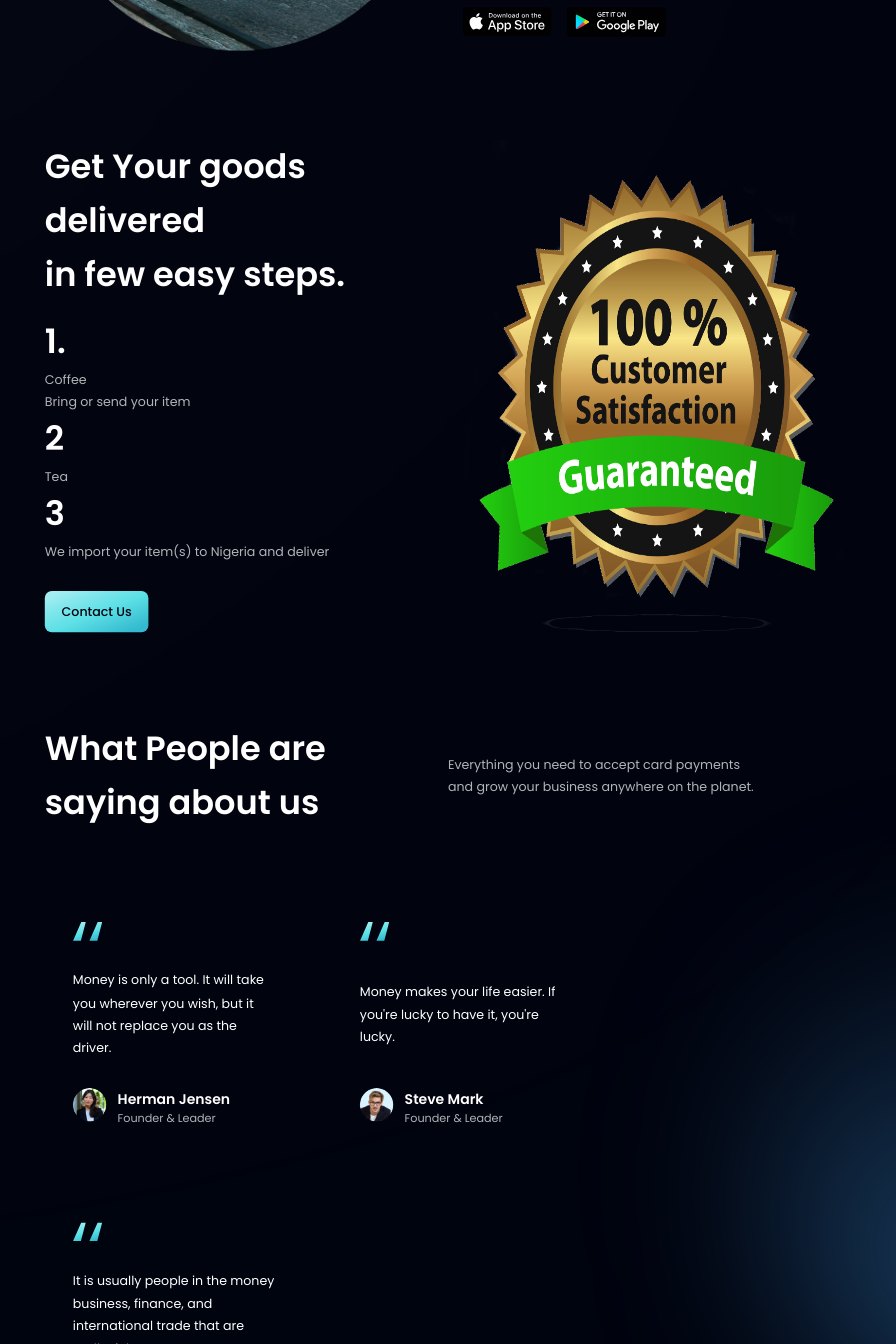
Repository: Miracleoluebube/captionlogistics
Page: /
The author's editor kept a copy of each file at every save. The page is drawn from the files as they stood at one save, then again after the next save.
The browser window is 1280 px wide. The pictures show the part of the page from y = 2476 to 4396 px (the page is 5584 px tall before and 5615 px after), at 70% of full size.
The project was rebuilt for these pictures with package versions that can differ from the ones it lists, and the page was loaded fresh each time. Also part of the build but not shown: vite.config.js.

Above is the page before, as saved 2022-10-02 17:59:17.

### src/index.css
/* :root {
  font-family: Inter, Avenir, Helvetica, Arial, sans-serif;
  font-size: 16px;
  line-height: 24px;
  font-weight: 400;

  color-scheme: light dark;
  color: rgba(255, 255, 255, 0.87);
  background-color: #242424;

  font-synthesis: none;
  text-rendering: optimizeLegibility;
  -webkit-font-smoothing: antialiased;
  -moz-osx-font-smoothing: grayscale;
  -webkit-text-size-adjust: 100%;
}

a {
  font-weight: 500;
  color: #646cff;
  text-decoration: inherit;
}
a:hover {
  color: #535bf2;
}

body {
  margin: 0;
  display: flex;
  place-items: center;
  min-width: 320px;
  min-height: 100vh;
}

h1 {
  font-size: 3.2em;
  line-height: 1.1;
}

button {
  border-radius: 8px;
  border: 1px solid transparent;
  padding: 0.6em 1.2em;
  font-size: 1em;
  font-weight: 500;
  font-family: inherit;
  background-color: #1a1a1a;
  cursor: pointer;
  transition: border-color 0.25s;
}
button:hover {
  border-color: #646cff;
}
button:focus,
button:focus-visible {
  outline: 4px auto -webkit-focus-ring-color;
}
*/

@import url("https://fonts.googleapis.com/css2?family=Poppins:wght@400;500;600;700;800;900&display=swap");

@tailwind base;
@tailwind components;
@tailwind utilities;

:root {
  --black-gradient: linear-gradient(
    144.39deg,
    #ffffff -278.56%,
    #6d6d6d -78.47%,
    #11101d 91.61%
  );
  --card-shadow: 0px 20px 100px -10px rgba(66, 71, 91, 0.1);
}

* {
  scroll-behavior: smooth;
}

.text-gradient {
  background: radial-gradient(
    64.18% 64.18% at 71.16% 35.69%,
    #def9fa 0.89%,
    #bef3f5 17.23%,
    #9dedf0 42.04%,
    #7de7eb 55.12%,
    #5ce1e6 71.54%,
    #33bbcf 100%
  );
  -webkit-background-clip: text;
  -webkit-text-fill-color: transparent;
  background-clip: text;
  text-fill-color: transparent;
}

.bg-blue-gradient {
  background: linear-gradient(
    157.81deg,
    #def9fa -43.27%,
    #bef3f5 -21.24%,
    #9dedf0 12.19%,
    #7de7eb 29.82%,
    #5ce1e6 51.94%,
    #33bbcf 90.29%
  );
}

.bg-black-gradient {
  background: linear-gradient(
    144.39deg,
    #ffffff -278.56%,
    #6d6d6d -78.47%,
    #11101d 91.61%
  );
}

.bg-black-gradient-2 {
  background: linear-gradient(
    -168.39deg,
    #ffffff -278.56%,
    #6d6d6d -78.47%,
    #11101d 91.61%
  );
}

.bg-gray-gradient {
  background: linear-gradient(
    153.47deg,
    rgba(255, 255, 255, 0) -341.94%,
    #14101d 95.11%
  );
}

.bg-discount-gradient {
  background: linear-gradient(125.17deg, #272727 0%, #11101d 100%);
}

.box-shadow {
  box-shadow: 0px 20px 100px -10px rgba(66, 71, 91, 0.1);
}

.sidebar {
  -webkit-animation: slide-top 0.5s cubic-bezier(0.25, 0.46, 0.45, 0.94) both;
  animation: slide-top 0.5s cubic-bezier(0.25, 0.46, 0.45, 0.94) both;
}

@-webkit-keyframes slide-top {
  0% {
    -webkit-transform: translateY(100px);
    transform: translateY(100px);
  }
  100% {
    -webkit-transform: translateY(0);
    transform: translateY(0);
  }
}

@keyframes slide-top {
  0% {
    -webkit-transform: translateY(100px);
    transform: translateY(100px);
  }
  100% {
    -webkit-transform: translateY(0);
    transform: translateY(0);
  }
}

.feature-card:hover {
  background: var(--black-gradient);
  box-shadow: var(--card-shadow);
}

.feedback-container .feedback-card:last-child {
  margin-right: 0px;
}

.feedback-card {
  background: transparent;
}

.feedback-card:hover {
  background: var(--black-gradient);
}

.blue__gradient {
  background: linear-gradient(180deg, rgba(188, 165, 255, 0) 0%, #214d76 100%);
  filter: blur(123px);
}

.pink__gradient {
  background: linear-gradient(90deg, #f4c4f3 0%, #fc67fa 100%);
  filter: blur(900px);
}

.white__gradient {
  background: rgba(255, 255, 255, 0.6);
  filter: blur(750px);
}


@media (prefers-color-scheme: light) {
  :root {
    color: #213547;
    background-color: #ffffff;
  }
  a:hover {
    color: #747bff;
  }
  button {
    background-color: #f9f9f9;
  }
}

### src/style.js
const styles = {
  boxWidth: "xl:max-w-[1280px] w-full",

  heading2: "font-poppins font-semibold xs:text-[48px] text-[40px] text-white xs:leading-[76.8px] leading-[66.8px] w-full",
  paragraph: "font-poppins font-normal text-dimWhite text-[18px] leading-[30.8px]",

  flexCenter: "flex justify-center items-center",
  flexStart: "flex justify-center items-start",

  paddingX: "sm:px-16 px-6",
  paddingY: "sm:py-16 py-6",
  padding: "sm:px-16 px-6 sm:py-12 py-4",

  marginX: "sm:mx-16 mx-6",
  marginY: "sm:my-16 my-6",
};

export const layout = {
  section: `flex md:flex-row flex-col ${styles.paddingY}`,
  sectionReverse: `flex md:flex-row flex-col-reverse ${styles.paddingY}`,

  sectionImgReverse: `flex-1 flex ${styles.flexCenter} md:mr-10 mr-0 md:mt-0 mt-10 relative`,
  sectionImg: `flex-1 flex ${styles.flexCenter} md:ml-10 ml-0 md:mt-0 mt-10 relative`,

  sectionInfo: `flex-1 ${styles.flexStart} flex-col`,
};

export default styles;

### src/components/Navbar.jsx
import { useState } from "react";

import { close, logo, menu } from "../assets";
import { navLinks } from "../constants";

const Navbar = () => {
  const [active, setActive] = useState("Home");
  const [toggle, setToggle] = useState(false);

  return (
    <nav className="w-full flex py-6 justify-between items-center navbar">
      <img src={logo} alt="hoobank" className="w-[124px] h-[32px]" />

      <ul className="list-none sm:flex hidden justify-end items-center flex-1">
        {navLinks.map((nav, index) => (
          <li
            key={nav.id}
            className={`font-poppins font-normal cursor-pointer text-[16px] ${
              active === nav.title ? "text-white" : "text-dimWhite"
            } ${index === navLinks.length - 1 ? "mr-0" : "mr-10"}`}
            onClick={() => setActive(nav.title)}
          >
            <a href={`#${nav.id}`}>{nav.title}</a>
          </li>
        ))}
      </ul>

      <div className="sm:hidden flex flex-1 justify-end items-center">
        <img
          src={toggle ? close : menu}
          alt="menu"
          className="w-[28px] h-[28px] object-contain"
          onClick={() => setToggle(!toggle)}
        />

        <div
          className={`${
            !toggle ? "hidden" : "flex"
          } p-6 bg-black-gradient absolute top-20 right-0 mx-4 my-2 min-w-[140px] rounded-xl sidebar`}
        >
          <ul className="list-none flex justify-end items-start flex-1 flex-col">
            {navLinks.map((nav, index) => (
              <li
                key={nav.id}
                className={`font-poppins font-medium cursor-pointer text-[16px] ${
                  active === nav.title ? "text-white" : "text-dimWhite"
                } ${index === navLinks.length - 1 ? "mb-0" : "mb-4"}`}
                onClick={() => setActive(nav.title)}
              >
                <a href={`#${nav.id}`}>{nav.title}</a>
              </li>
            ))}
          </ul>
        </div>
      </div>
    </nav>
  );
};

export default Navbar;

### src/components/Billing.jsx
import { apple, bill, google } from "../assets";
import styles, { layout } from "../style";

const Billing = () => (
  <section id="product" className={layout.sectionReverse}>
    <div className={layout.sectionImgReverse}>
      <img src={bill} alt="billing" className="w-[100%] h-[100%] relative z-[5]" />

      {/* gradient start */}
      <div className="absolute z-[3] -left-1/2 top-0 w-[50%] h-[50%] rounded-full white__gradient" />
      <div className="absolute z-[0] w-[50%] h-[50%] -left-1/2 bottom-0 rounded-full pink__gradient" />
      {/* gradient end */}
    </div>

    <div className={layout.sectionInfo}>
      <h2 className={styles.heading2}>
        Why USE US FOR YOUR  <br className="sm:block hidden" /> SHIPPING &
        FREIGHT SERVICES?

      </h2>
      <p  className={`${styles.paragraph} max-w-[470px] mt-5`}>
      <ol>
  <li>Fast and Reliable</li>
  <li>Expert in the business</li>
  <li>24/7 customer Service</li>
  <li>Expert in the business, in & out!</li>
  <li>Very competitive price for high quality service</li>
  <li>Fully licensed and insured!</li>
</ol>
      </p>

      <div className="flex flex-row flex-wrap sm:mt-10 mt-6">
        <img src={apple} alt="google_play" className="w-[128.86px] h-[42.05px] object-contain mr-5 cursor-pointer" />
        <img src={google} alt="google_play" className="w-[144.17px] h-[43.08px] object-contain cursor-pointer" />
      </div>
    </div>
  </section>
);

export default Billing;

### src/components/CardDeal.jsx
import { card } from "../assets";
import styles, { layout } from "../style";
import Button from "./Button";

const CardDeal = () => (
  <section id="contact Us" className={layout.section}>
    <div className={layout.sectionInfo}>
      <h2 className={styles.heading2}>
        Get Your goods delivered  <br className="sm:block hidden" /> in few easy
        steps.
      </h2>
      <p className={`${styles.paragraph} max-w-[470px] mt-5`}>
      <ol type="1">
      <li className={styles.heading2}>1.</li>
  <h2><li >Coffee</li>
  Bring or send your item
  </h2>
  <li className={styles.heading2}>2</li>
  <li>Tea</li>
  <li className={styles.heading2}>3</li>
  <li>We import your item(s) to Nigeria and deliver </li>
</ol>
      </p>

      <Button styles={`mt-10`} />
    </div>

    <div className={layout.sectionImg}>
      <img src={card} alt="billing" className="w-[100%] h-[100%]" />
    </div>
  </section>
);

export default CardDeal;

### src/components/Business.jsx
import { features } from "../constants";
import styles, { layout } from "../style";
import Button from "./Button";

const FeatureCard = ({ icon, title, content, index }) => (
  <div className={`flex flex-row p-6 rounded-[20px] ${index !== features.length - 1 ? "mb-6" : "mb-0"} feature-card`}>
    <div className={`w-[64px] h-[64px] rounded-full ${styles.flexCenter} bg-dimBlue`}>
      <img src={icon} alt="star" className="w-[50%] h-[50%] object-contain" />
    </div>
    <div className="flex-1 flex flex-col ml-3">
      <h4 className="font-poppins font-semibold text-white text-[18px] leading-[23.4px] mb-1">
        {title}
      </h4>
      <p className="font-poppins font-normal text-dimWhite text-[16px] leading-[24px]">
        {content}
      </p>
    </div>
  </div>
);

const Business = () =>  (
  <section id="features" className={layout.section}>
    <div className={layout.sectionInfo}>
      <h2 className={styles.heading2}>
        You do the business, <br className="sm:block hidden" /> we’ll handle
        the Logistics.
      </h2>
      <p className={`${styles.paragraph} max-w-[470px] mt-5`}>
        Cargo goods are weighed and calculated in dollars per KG.
      Payment method will be made feasible either in our offices or via online
      into our bank accounts.
      Contact Us to Learn more.
      </p>

      <Button styles={`mt-10`} />
    </div>

    <div className={`${layout.sectionImg} flex-col`}>
      {features.map((feature, index) => (
        <FeatureCard key={feature.id} {...feature} index={index} />
      ))}
    </div>
  </section>
);

export default Business;

### src/components/CTA.jsx
import styles from "../style";
import Button from "./Button";

const CTA = () => (
  <section className={`${styles.flexCenter} ${styles.marginY} ${styles.padding} sm:flex-row flex-col bg-black-gradient-2 rounded-[20px] box-shadow`}>
    <div className="flex-1 flex flex-col">
      <h2 className={styles.heading2}>Let’s try our service now!</h2>
      <p className={`${styles.paragraph} max-w-[470px] mt-5`}>
        Everything you need to accept card payments and grow your business
        anywhere on the planet.
      </p>
    </div>

    <div  className={`${styles.flexCenter} sm:ml-10 ml-0 sm:mt-0 mt-10`}>
      <Button />
    </div>
  </section>
);

export default CTA;

### src/components/Stats.jsx
import { stats } from "../constants";
import styles from "../style";

const Stats = () => (
  <section className={`${styles.flexCenter} flex-row flex-wrap sm:mb-20 mb-6`}>
    {stats.map((stat) => (
      <div key={stat.id} className={`flex-1 flex justify-start items-center flex-row m-3`} >
        <h4 className="font-poppins font-semibold xs:text-[40.89px] text-[30.89px] xs:leading-[53.16px] leading-[43.16px] text-white">
          {stat.value}
        </h4>
        <p className="font-poppins font-normal xs:text-[20.45px] text-[15.45px] xs:leading-[26.58px] leading-[21.58px] text-gradient uppercase ml-3">
          {stat.title}
        </p>
      </div>
    ))}
  </section>
);

export default Stats;

### src/components/Footer.jsx
import styles from "../style";
import { logo } from "../assets";
import { footerLinks, socialMedia } from "../constants";

const Footer = () => (
  <section className={`${styles.flexCenter} ${styles.paddingY} flex-col`}>
    <div className={`${styles.flexStart} md:flex-row flex-col mb-8 w-full`}>
      <div className="flex-[1] flex flex-col justify-start mr-10">
        <img
          src={logo}
          alt="hoobank"
          className="w-[266px] h-[72.14px] object-contain"
        />
        <p className={`${styles.paragraph} mt-4 max-w-[312px]`}>
         Head Office address: Number 10&11, A.O plaza, ground floor,
         Mandilas market Lagos island
        </p>
      </div>

      <div className="flex-[1.5] w-full flex flex-row justify-between flex-wrap md:mt-0 mt-10">
        {footerLinks.map((footerlink) => (
          <div key={footerlink.title} className={`flex flex-col ss:my-0 my-4 min-w-[150px]`}>
            <h4 className="font-poppins font-medium text-[18px] leading-[27px] text-white">
              {footerlink.title}
            </h4>
            <ul className="list-none mt-4">
              {footerlink.links.map((link, index) => (
                <li
                  key={link.name}
                  className={`font-poppins font-normal text-[16px] leading-[24px] text-dimWhite hover:text-secondary cursor-pointer ${
                    index !== footerlink.links.length - 1 ? "mb-4" : "mb-0"
                  }`}
                >
                  {link.name}
                </li>
              ))}
            </ul>
          </div>
        ))}
      </div>
    </div>

    <div className="w-full flex justify-between items-center md:flex-row flex-col pt-6 border-t-[1px] border-t-[#3F3E45]">
      <p className="font-poppins font-normal text-center text-[18px] leading-[27px] text-white">
        Copyright Ⓒ 2022. CaptionLogistics. All Rights Reserved.
      </p>

      <div className="flex flex-row md:mt-0 mt-6">
        {socialMedia.map((social, index) => (
          <img
            key={social.id}
            src={social.icon}
            alt={social.id}
            className={`w-[21px] h-[21px] object-contain cursor-pointer ${
              index !== socialMedia.length - 1 ? "mr-6" : "mr-0"
            }`}
            onClick={() => window.open(social.link)}
          />
        ))}
      </div>
    </div>
  </section>
);

export default Footer;

### src/components/Testimonials.jsx
import { feedback } from "../constants";
import styles from "../style";
import FeedbackCard from "./FeedbackCard";

const Testimonials = () => (
  <section id="clients" className={`${styles.paddingY} ${styles.flexCenter} flex-col relative `}>
    <div className="absolute z-[0] w-[60%] h-[60%] -right-[50%] rounded-full blue__gradient bottom-40" />

    <div className="w-full flex justify-between items-center md:flex-row flex-col sm:mb-16 mb-6 relative z-[1]">
      <h2 className={styles.heading2}>
        What People are <br className="sm:block hidden" /> saying about us
      </h2>
      <div className="w-full md:mt-0 mt-6">
        <p className={`${styles.paragraph} text-left max-w-[450px]`}>
          Everything you need to accept card payments and grow your business
          anywhere on the planet.
        </p>
      </div>
    </div>

    <div className="flex flex-wrap sm:justify-start justify-center w-full feedback-container relative z-[1]">
      {feedback.map((card) => <FeedbackCard key={card.id} {...card} />)}
    </div>
  </section>
);

export default Testimonials;

### src/components/Hero.jsx
import styles from "../style";
import { discount, robot } from "../assets";
import GetStarted from "./GetStarted";

const Hero = () => {
  return (
    <section id="home" className={`flex md:flex-row flex-col ${styles.paddingY}`}>
      <div className={`flex-1 ${styles.flexStart} flex-col xl:px-0 sm:px-16 px-6`}>
        <div className="flex flex-row items-center py-[6px] px-4 bg-discount-gradient rounded-[10px] mb-2">
          <img src={discount} alt="discount" className="w-[32px] h-[32px]" />
          <p className={`${styles.paragraph} ml-2`}>
            <span className="text-white">Call us </span> +234{" "}
            <span className="text-white">806 {" "} 750 {" "} 7539</span>
          </p>
        </div>

        <div className="flex flex-row justify-between items-center w-full">
          <h1 className="flex-1 font-poppins font-semibold ss:text-[72px] text-[52px] text-white ss:leading-[100.8px] leading-[75px]">
            Your trusted <br className="sm:block hidden" />{" "}
            <span className="text-gradient">Freight & Shipping</span>{" "}
          </h1>
          <div className="ss:flex hidden md:mr-4 mr-0">
            <GetStarted />
          </div>
        </div>

        <h1 className="font-poppins font-semibold ss:text-[68px] text-[52px] text-white ss:leading-[100.8px] leading-[75px] w-full">
  company From Turkey to Nigeria.
        </h1>
        <p className={`${styles.paragraph} max-w-[470px] mt-5`}>
          We are a  full-service Cargo and Logistics
          company registered under the federal Republic of Nigeria that offers freight
          and shipping of goods from Turkey
          to Nigeria.Our Mission is to retain our leadership
          in providing affordable
          & efficient service. Visit us Today.
        </p>
      </div>

      <div className={`flex-1 flex ${styles.flexCenter} md:my-0 my-10 relative`}>
        <img src={robot} alt="billing" className="w-[100%] h-[100%] relative z-[5]" />

        {/* gradient start */}
        <div className="absolute z-[0] w-[40%] h-[35%] top-0 pink__gradient" />
        <div className="absolute z-[1] w-[80%] h-[80%] rounded-full white__gradient bottom-40" />
        <div className="absolute z-[0] w-[50%] h-[50%] right-20 bottom-20 blue__gradient" />
        {/* gradient end */}
      </div>

      <div className={`ss:hidden ${styles.flexCenter}`}>
        <GetStarted />
      </div>
    </section>
  );
};

export default Hero;

### src/assets/index.js
import airbnb from "./airbnb.png";
import bill from "./bill.png";
import binance from "./binance.png";
import card from "./card.png";
import coinbase from "./coinbase.png";
import dropbox from "./dropbox.png";
import logo from "./logo.svg";
import quotes from "./quotes.svg";
import robot from "./robot.png";
import send from "./Send.svg";
import shield from "./Shield.svg";
import star from "./Star.svg";
import menu from "./menu.svg";
import close from "./close.svg";
import google from "./google.svg";
import apple from "./apple.svg";
import arrowUp from "./arrow-up.svg";
import discount from "./Discount.svg";
import facebook from "./facebook.svg";
import instagram from "./instagram.svg";
import linkedin from "./linkedin.svg";
import twitter from "./twitter.svg";
import people01 from "./people01.png";
import people02 from "./people02.png";
import people03 from "./people03.png";

export {
  airbnb,
  bill,
  binance,
  card,
  coinbase,
  dropbox,
  logo,
  quotes,
  robot,
  send,
  shield,
  star,
  menu,
  close,
  google,
  apple,
  arrowUp,
  discount,
  facebook,
  instagram,
  linkedin,
  twitter,
  people01,
  people02,
  people03,
};

### src/components/Button.jsx
import React from "react";

const Button = ({ styles }) => (
  <a href="https://wa.me/2348067507539">
  <button  type="button" className={`py-4 px-6 font-poppins font-medium text-[18px] text-primary bg-blue-gradient rounded-[10px] outline-none ${styles}`}>
    Contact Us
  </button>
  </a>
);



export default Button;

### src/components/FeedbackCard.jsx
import { quotes } from "../assets";

const FeedbackCard = ({ content, name, title, img }) => (
  <div className="flex justify-between flex-col px-10 py-12 rounded-[20px]  max-w-[370px] md:mr-10 sm:mr-5 mr-0 my-5 feedback-card">
    <img src={quotes} alt="double_quotes" className="w-[42.6px] h-[27.6px] object-contain" />
    <p className="font-poppins font-normal text-[18px] leading-[32.4px] text-white my-10">
      {content}
    </p>

    <div className="flex flex-row">
      <img src={img} alt={name} className="w-[48px] h-[48px] rounded-full" />
      <div className="flex flex-col ml-4">
        <h4 className="font-poppins font-semibold text-[20px] leading-[32px] text-white">
          {name}
        </h4>
        <p className="font-poppins font-normal text-[16px] leading-[24px] text-dimWhite">
          {title}
        </p>
      </div>
    </div>
  </div>
);


export default FeedbackCard;

### src/components/GetStarted.jsx
import styles from "../style";
import { arrowUp } from "../assets";

const GetStarted = () => (
  <div className={`${styles.flexCenter} w-[140px] h-[140px] rounded-full bg-blue-gradient p-[2px] cursor-pointer`}>
    <div className={`${styles.flexCenter} flex-col bg-primary w-[100%] h-[100%] rounded-full`}>
      <div className={`${styles.flexStart} flex-row`}>
        <p className="font-poppins font-medium text-[18px] leading-[23.4px]">
          <span className="text-gradient">Track Your</span>
        </p>
        <img src={arrowUp} alt="arrow-up" className="w-[23px] h-[23px] object-contain" />
      </div>

      <p className="font-poppins font-medium text-[18px] leading-[23.4px]">
        <span className="text-gradient">Goods</span>
      </p>
    </div>
  </div>
);

export default GetStarted;

Loaded but not shown: index.html (common file); src/main.jsx (common file); src/App.jsx (common file); src/components/index.js (common file); src/components/Clients.jsx (common file); tailwind.config.cjs (common file); src/constants/index.js (203 lines, source omitted)

After the next save:
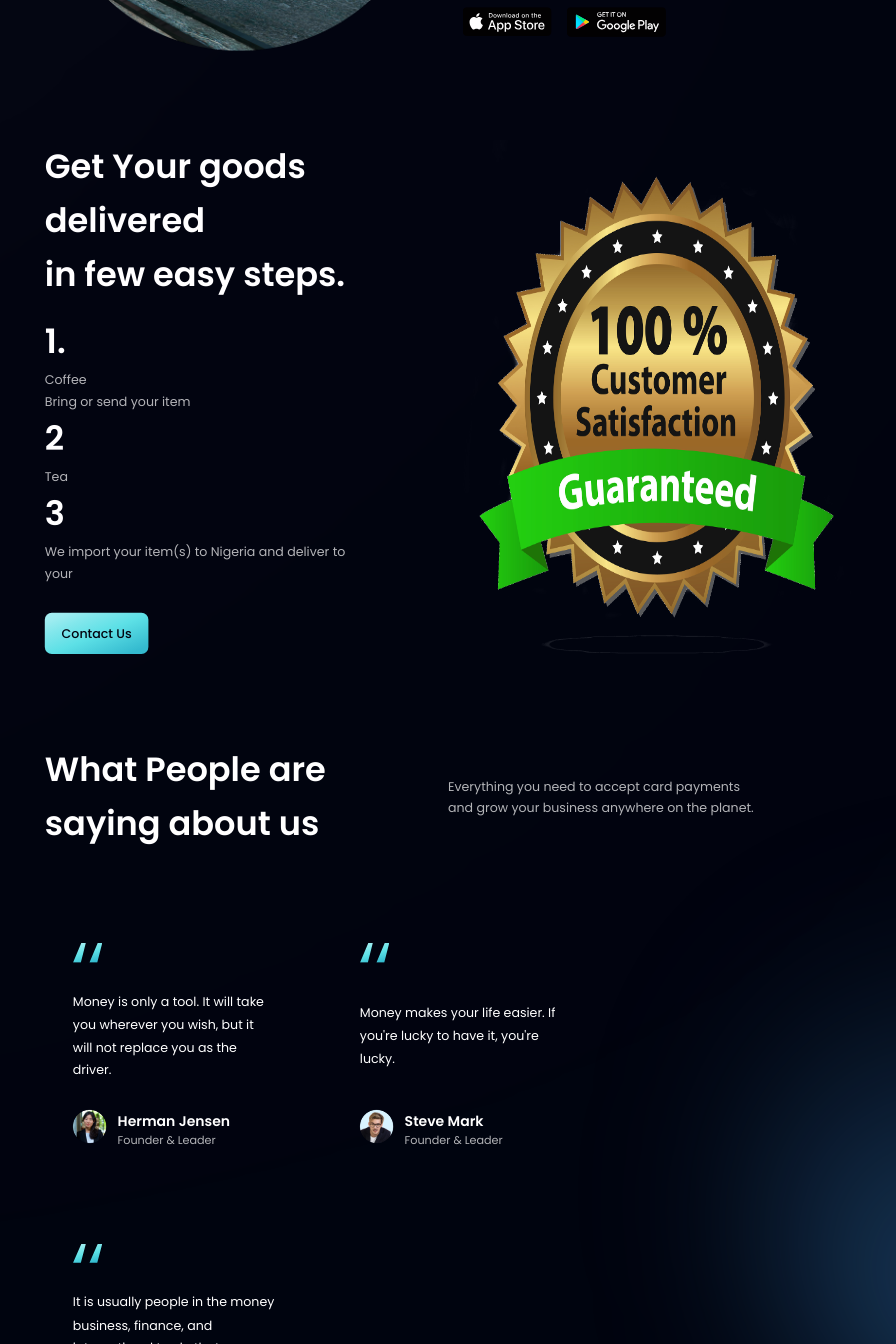
Saved 6 s later.
--- a/src/components/CardDeal.jsx
+++ b/src/components/CardDeal.jsx
@@ -18,7 +18,7 @@
   <li className={styles.heading2}>2</li>
   <li>Tea</li>
   <li className={styles.heading2}>3</li>
-  <li>We import your item(s) to Nigeria and deliver </li>
+  <li>We import your item(s) to Nigeria and deliver to your  </li>
 </ol>
       </p>
 
